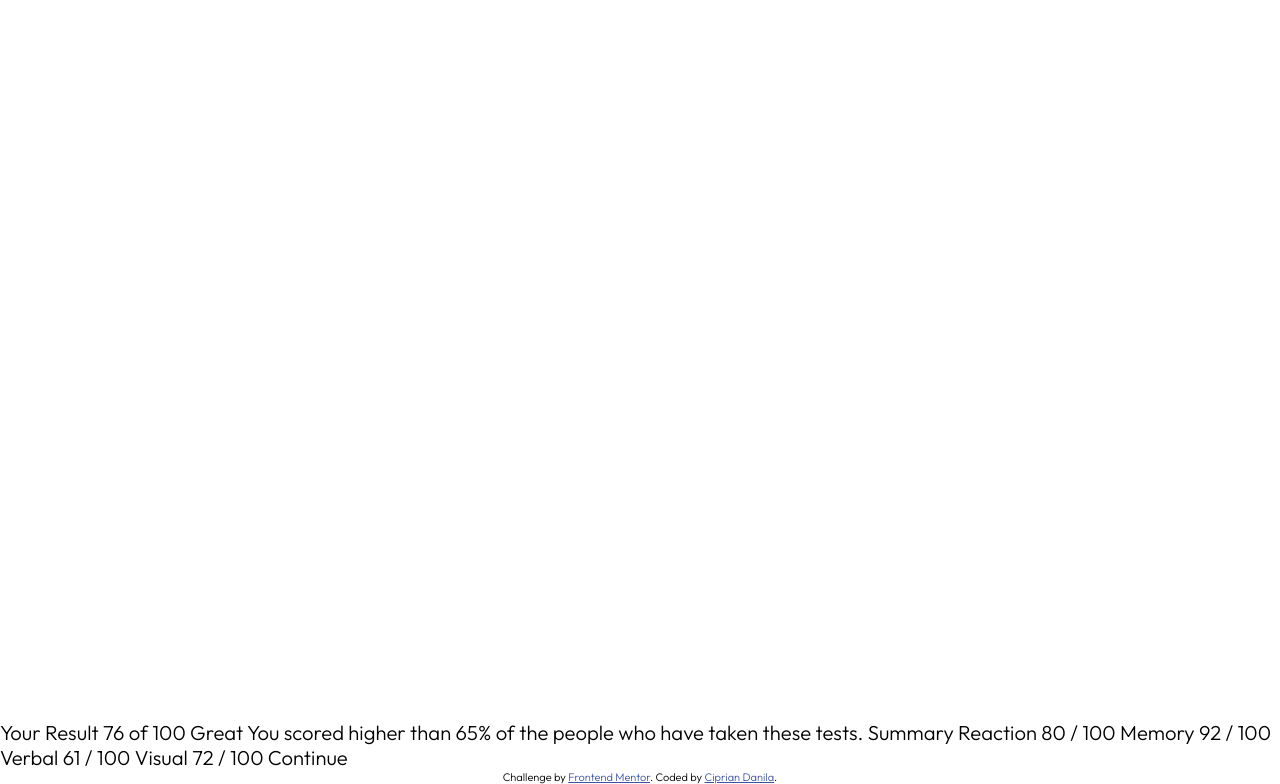
Repository: cipdanila/results-summary-component
Page: index.html
The author's editor kept a copy of each file at every save. The page is drawn from the files as they stood at one save, then again after the next save.
The browser window is 1280 px wide. The pictures show the whole page.

Above is the page before, as saved 2024-02-01 20:02:17.

After the next save:
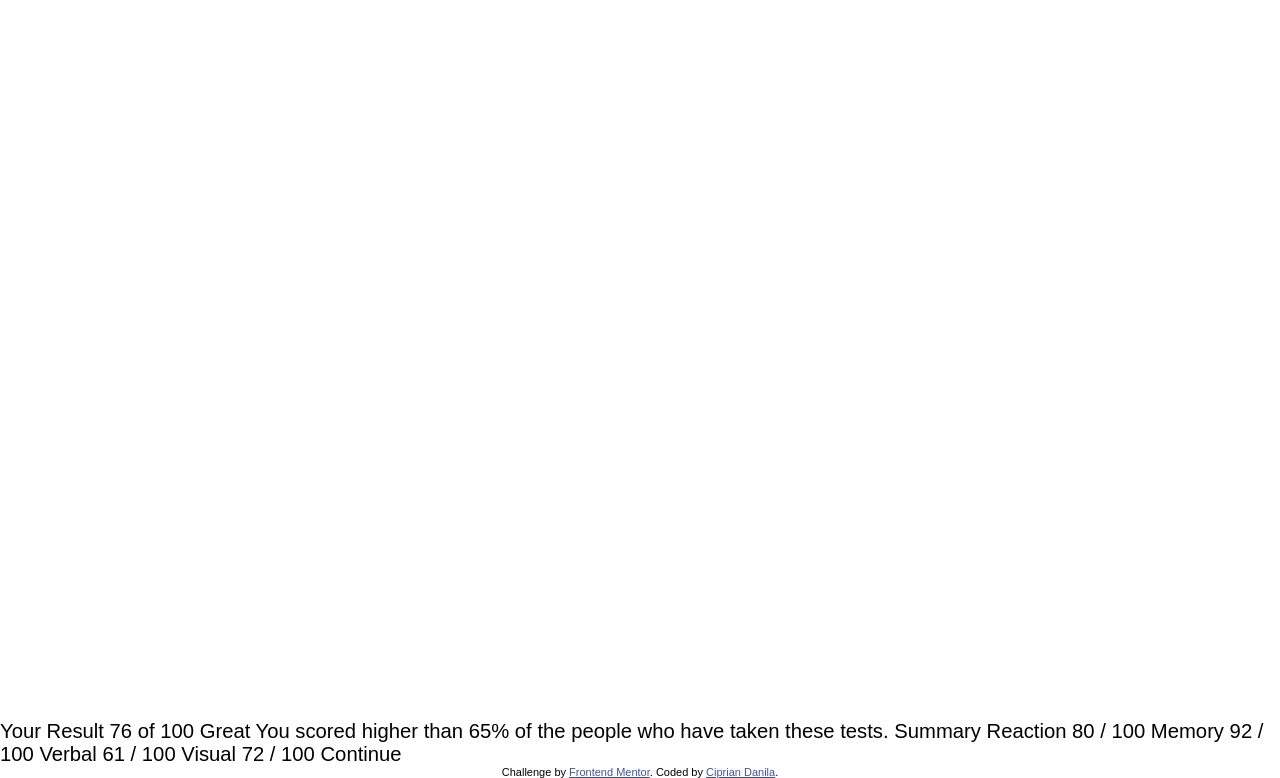
Saved 58 s later.
--- a/styles.css
+++ b/styles.css
@@ -1,4 +1,4 @@
-@import url("https://fonts.googleapis.com/css2?family=Outfit:wght@300;400;600&display=swap");
+@import url('https://fonts.googleapis.com/css2?family=Hanken+Grotesk:wght@500;700;800&display=swap');
 
 :root {
     /* Colors */
